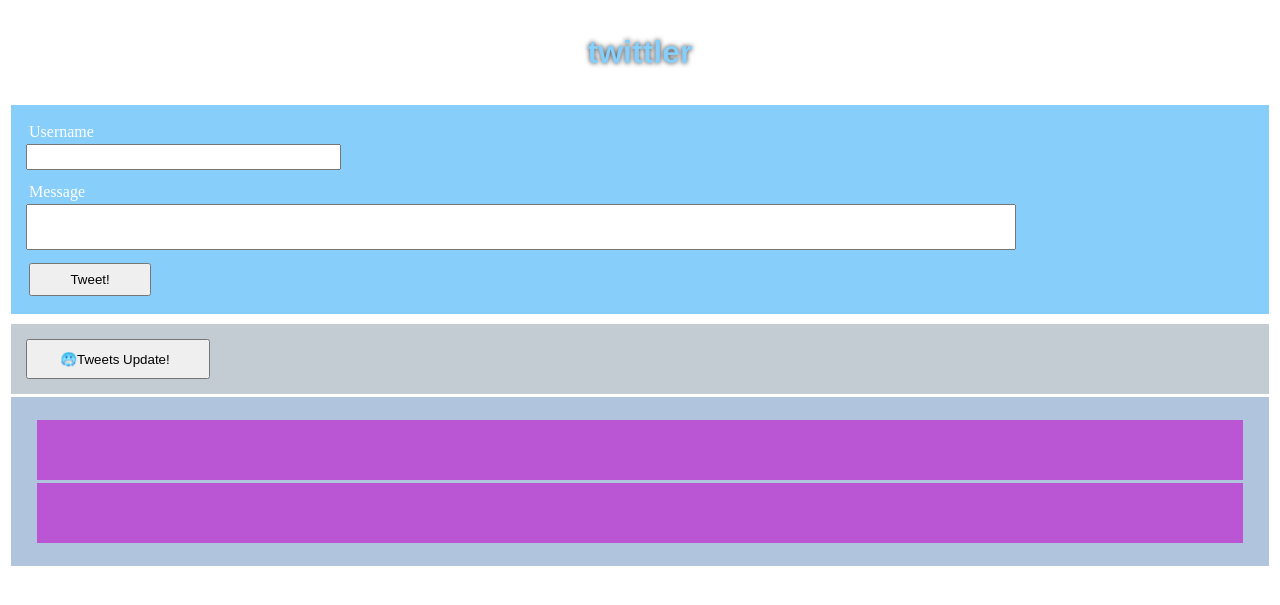
Repository: rlatlswo135/my_workstation
Page: im-sprint-twittler-master/index.html
These files come from the project's save history. The page is drawn as it stood at one moment and after the next save; the edit follows.
The browser window is 1280 px wide. The pictures show the whole page.

Above is the page before, as saved 2021-05-27 15:10:10.
Console error: TypeError: Cannot set properties of null (setting 'innerHTML')

After the next save:
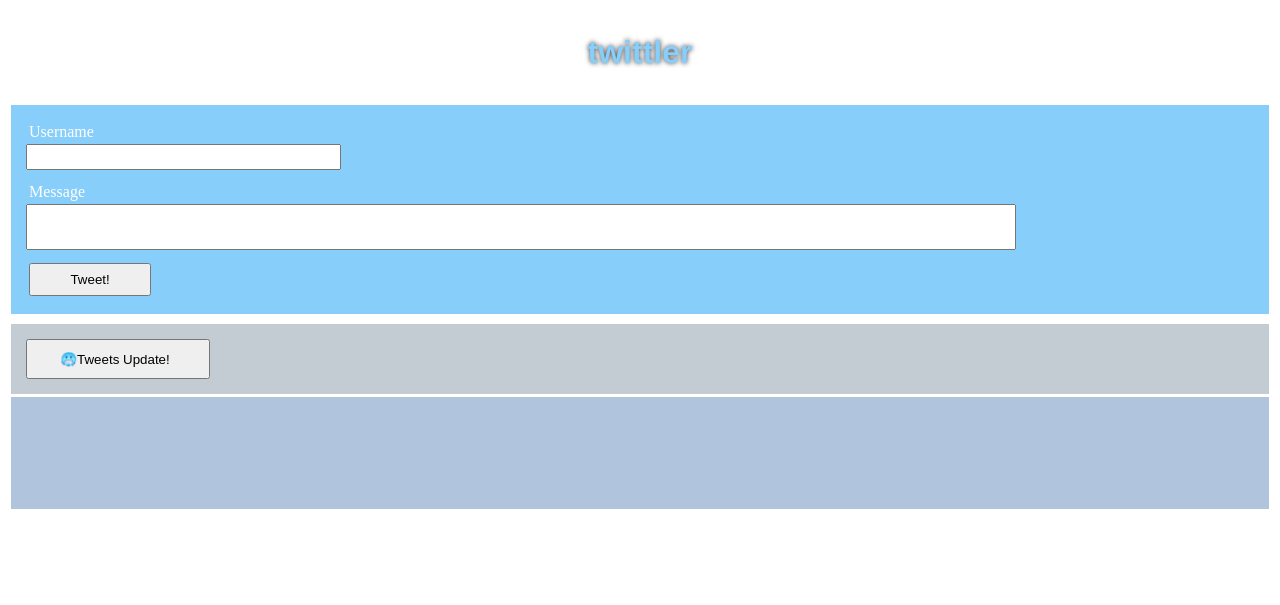
Saved 16 s later.
--- a/im-sprint-twittler-master/main.css
+++ b/im-sprint-twittler-master/main.css
@@ -49,6 +49,9 @@
   background-color: lightsteelblue;
   padding: 20px;
 }
+.contaner {
+  display: flex;
+}
 .box {
   width: 60;
   height: 60px;
